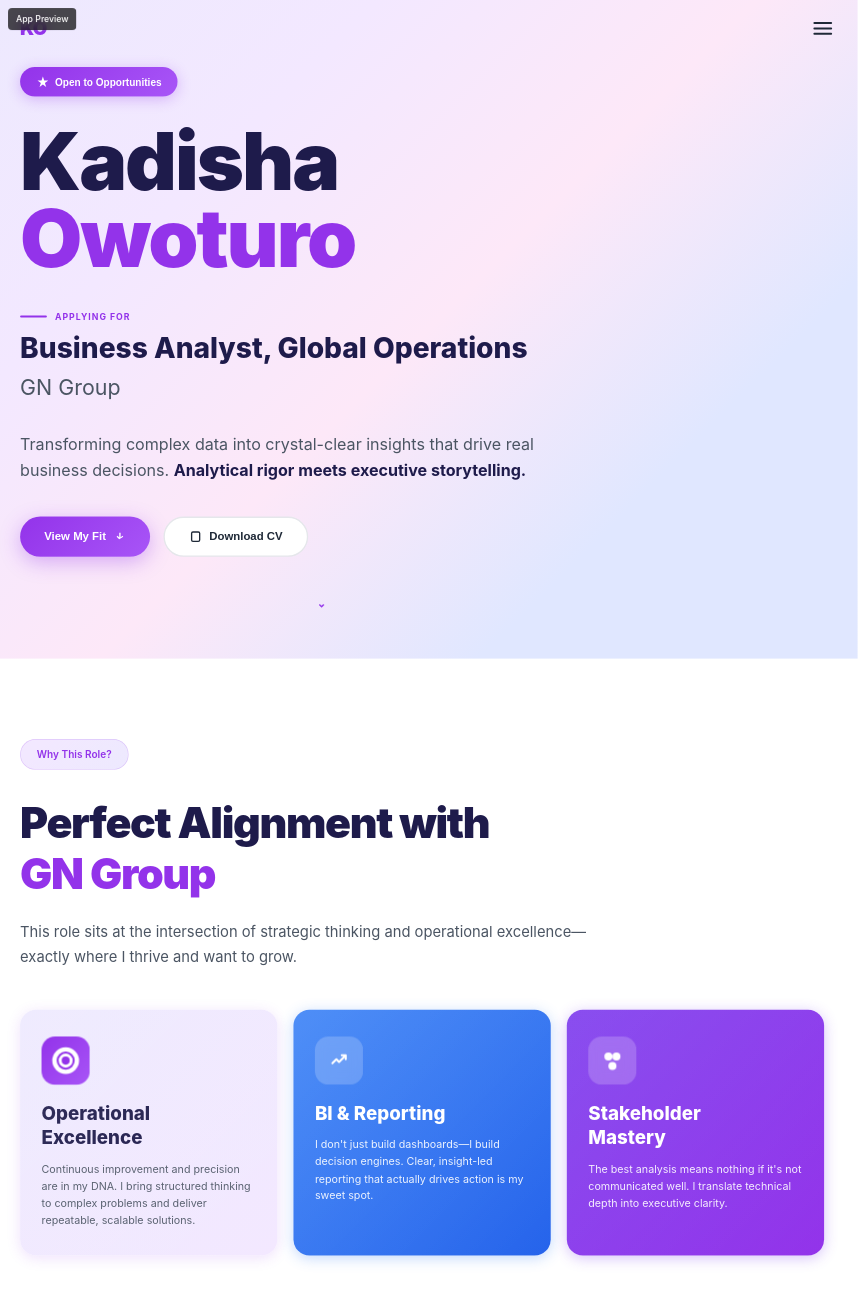
Repository: Daniel-01000/kaycoverletter
Page: index.html
These files come from the project's save history. The page is drawn as it stood at one moment and after the next save; the edit follows.
The browser window is 1280 px wide. The pictures show the whole page, at 67% of full size.

Above is the page before, as saved 2025-12-12 21:18:41.

After the next save:
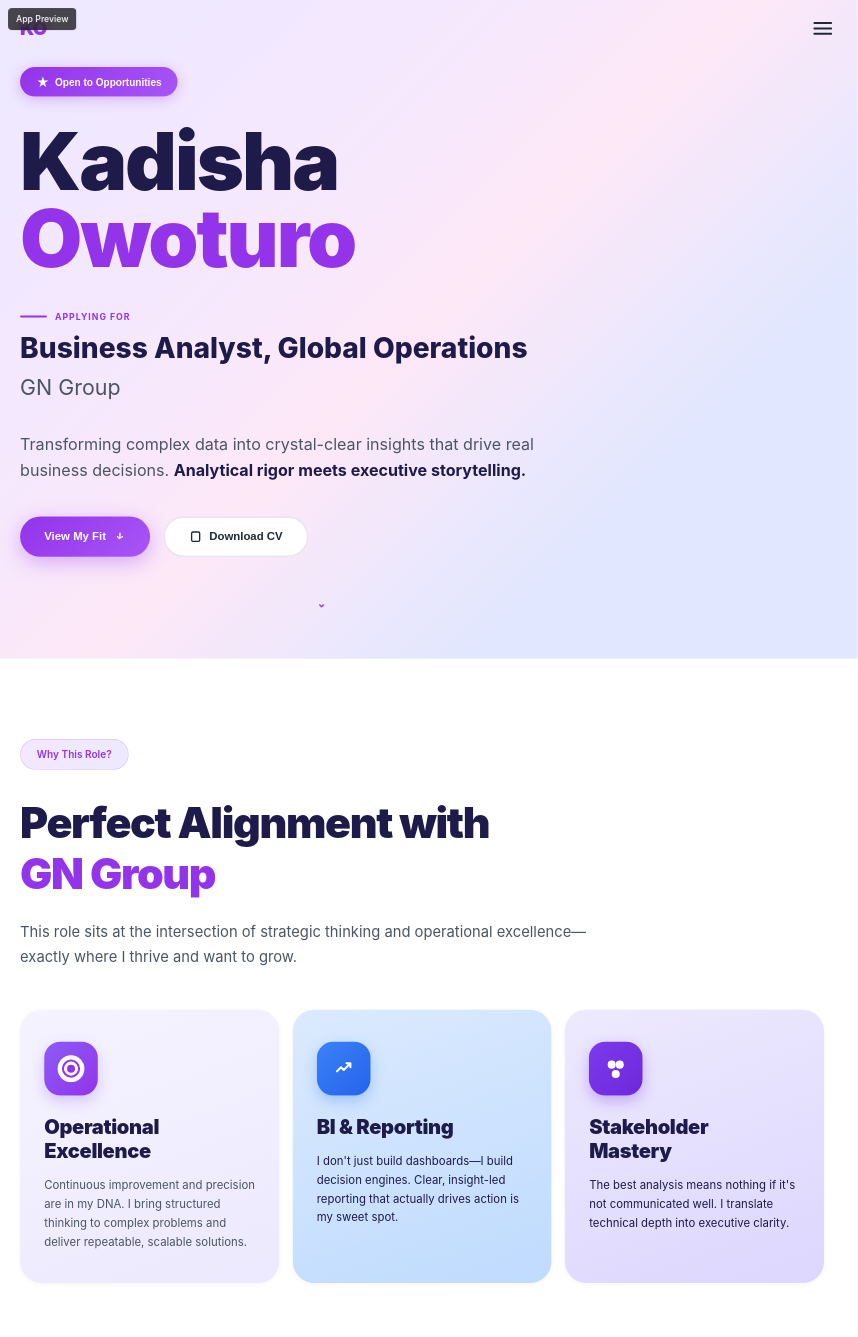
Saved 3 min 18 s later.
--- a/styles.css
+++ b/styles.css
@@ -296,115 +296,101 @@
 .cards-grid {
     display: grid;
     grid-template-columns: repeat(auto-fit, minmax(300px, 1fr));
-    gap: 24px;
+    gap: 20px;
     max-width: 1200px;
 }
 
 .feature-card {
-    border-radius: 24px;
-    padding: 40px 32px;
+    border-radius: 32px;
+    padding: 48px 36px;
     transition: transform 0.3s ease, box-shadow 0.3s ease;
     position: relative;
     overflow: hidden;
-}
-
-.feature-card::before {
-    content: '';
-    position: absolute;
-    top: 0;
-    left: 0;
-    right: 0;
-    bottom: 0;
-    background: linear-gradient(135deg, rgba(255,255,255,0.1), rgba(255,255,255,0));
-    pointer-events: none;
+    min-height: 320px;
 }
 
 .feature-card:hover {
-    transform: translateY(-8px);
+    transform: translateY(-5px);
 }
 
 .feature-card.purple {
-    background: linear-gradient(135deg, #EDE9FE, #F3E8FF);
-    box-shadow: 0 4px 20px rgba(147, 51, 234, 0.15);
+    background: linear-gradient(160deg, #F5F3FF 0%, #EDE9FE 100%);
+    box-shadow: 0 2px 8px rgba(0, 0, 0, 0.04);
 }
 
 .feature-card.purple:hover {
-    box-shadow: 0 12px 40px rgba(147, 51, 234, 0.25);
+    box-shadow: 0 8px 24px rgba(147, 51, 234, 0.12);
 }
 
 .feature-card.blue {
-    background: linear-gradient(135deg, #3B82F6, #2563EB);
-    color: white;
-    box-shadow: 0 4px 20px rgba(59, 130, 246, 0.3);
+    background: linear-gradient(160deg, #DBEAFE 0%, #BFDBFE 100%);
+    color: var(--navy-dark);
+    box-shadow: 0 2px 8px rgba(0, 0, 0, 0.04);
 }
 
 .feature-card.blue:hover {
-    box-shadow: 0 12px 40px rgba(59, 130, 246, 0.4);
+    box-shadow: 0 8px 24px rgba(59, 130, 246, 0.15);
 }
 
 .feature-card.blue h3,
 .feature-card.blue p {
-    color: white;
+    color: var(--navy-dark);
 }
 
 .feature-card.purple-alt {
-    background: linear-gradient(135deg, #7C3AED, #9333EA);
-    color: white;
-    box-shadow: 0 4px 20px rgba(124, 58, 237, 0.3);
+    background: linear-gradient(160deg, #EDE9FE 0%, #DDD6FE 100%);
+    color: var(--navy-dark);
+    box-shadow: 0 2px 8px rgba(0, 0, 0, 0.04);
 }
 
 .feature-card.purple-alt:hover {
-    box-shadow: 0 12px 40px rgba(124, 58, 237, 0.4);
+    box-shadow: 0 8px 24px rgba(124, 58, 237, 0.12);
 }
 
 .feature-card.purple-alt h3,
 .feature-card.purple-alt p {
-    color: white;
+    color: var(--navy-dark);
 }
 
 .card-icon {
-    width: 72px;
-    height: 72px;
-    border-radius: 20px;
+    width: 80px;
+    height: 80px;
+    border-radius: 24px;
     display: flex;
     align-items: center;
     justify-content: center;
-    margin-bottom: 24px;
-    background: rgba(255, 255, 255, 0.2);
-    backdrop-filter: blur(10px);
+    margin-bottom: 28px;
 }
 
 .feature-card.purple .card-icon {
-    background: linear-gradient(135deg, var(--purple-primary), var(--purple-light));
+    background: linear-gradient(135deg, #8B5CF6, #9333EA);
+    box-shadow: 0 8px 20px rgba(139, 92, 246, 0.3);
 }
 
 .feature-card.blue .card-icon {
-    background: rgba(255, 255, 255, 0.2);
+    background: linear-gradient(135deg, #3B82F6, #2563EB);
+    box-shadow: 0 8px 20px rgba(59, 130, 246, 0.35);
 }
 
 .feature-card.purple-alt .card-icon {
-    background: rgba(255, 255, 255, 0.2);
+    background: linear-gradient(135deg, #7C3AED, #6D28D9);
+    box-shadow: 0 8px 20px rgba(124, 58, 237, 0.35);
 }
 
 .feature-card h3 {
-    font-size: 28px;
-    font-weight: 800;
-    margin-bottom: 16px;
-    line-height: 1.3;
-}
-
-.feature-card.purple h3 {
-    color: var(--navy-dark);
+    font-size: 30px;
+    font-weight: 900;
+    margin-bottom: 20px;
+    line-height: 1.2;
+    color: var(--navy-dark);
+    letter-spacing: -0.5px;
 }
 
 .feature-card p {
-    font-size: 16px;
-    line-height: 1.6;
-    opacity: 0.9;
-}
-
-.feature-card.purple p {
+    font-size: 17px;
+    line-height: 1.65;
     color: var(--text-gray);
+    opacity: 1;
 }
 
 /* Responsive Design */
